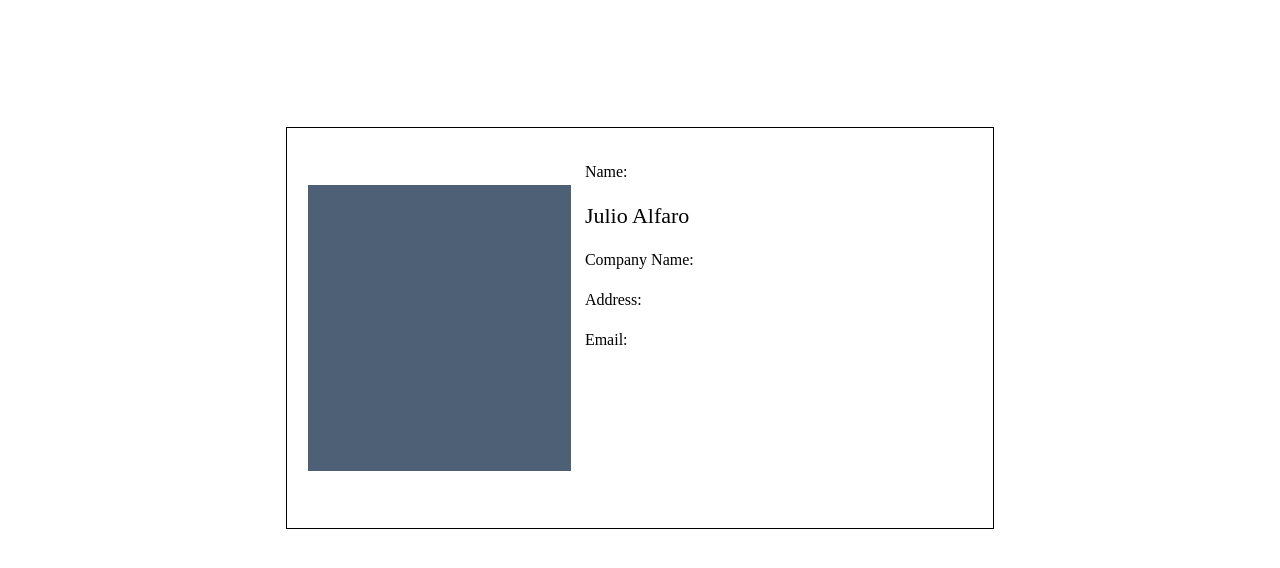
Repository: Juliolikescoding/WEB1100_invoice_app
Page: index.html
An editor plug-in stored every save of this project. The page is shown before and after the next save, followed by the edit.
The browser window is 1280 px wide. The pictures show the whole page.
Some web fonts or font styles are not loaded; a fallback is used.

Above is the page before, as saved 2018-05-16 22:20:07.

### index.html
<!DOCTYPE html>
<html lang="es">
<head>
    <meta charset="UTF-8">
    <meta name="viewport" content="width=device-width, initial-scale=1.0">
    <meta http-equiv="X-UA-Compatible" content="ie=edge">
    <link href="https://fonts.googleapis.com/css?family=Nobile" rel="stylesheet">
    <title>Invoice App</title>
    <style>
        body{
            margin: 10% 4% 4% 4%;
        }
        .userContainer{
            display: flex;
            height: 25em;
            align-items: center;
            justify-content: center;
        }
        .invoiceContainer{
            margin-top: 4em;
            display: flex;
            flex-wrap: wrap;
            width:100%;
            height: auto;
        }
        .userProfile{
            border: 1px solid black;
            display: flex;
            width: 60%;
            height: 100%;
        }
        .user{
            height: auto;
        }
        #picContainer{
            width: 40%;
            margin: 8% 0% 8% 3%;
            background-color: #4D6076;
        }
        #infoContainer{
            margin: 5% 2% 2% 2%;
            width: 60%;
            font-family: Nobile;
	        font-size: 16px;
        }
        p{
            font-size: 22px;
        }
        img{
            position: relative;
            width: 100%;
            height: 100%;
        }
        .invoice{
            border: 1px solid black;
            margin: 6% 3% 0% 3%;
            padding: 2%;
            width: 250px;
            height: auto;

        }
        .invoice > p{
            position: relative;
            margin: 5px;
            left: 25%;
            font-size: 18px;
        }
    </style>
</head>
<body>
     <div class="userContainer">
         <div class="userProfile">
             <div class="user" id="picContainer"></div>
             <div class="user" id="infoContainer">
                 Name:
                 <p class="name"></p>
                 Company Name:
                 <p class="companyName"></p>
                 Address:
                 <p class="adress"></p>
                 Email:
                 <p class="email"></p>
             </div>
         </div>
     </div>
    <script>
        //Fake it til you make it Database
        var user = {
            name:"Julio Alfaro" ,
            companyName:"TechLaunch" ,
            address: "19351 sw 30th st, Miramar, FL 33029",
            email:"jalfaro@techlaunch.io" ,
            picture: ""
        }

        // var invoices = [
        //     {
        //         inv_id: "0156321",
        //         companyName: user.companyName,
        //         date: "9/7/2017",
        //         order: "Dell Computers",
        //         amount: 3,
        //         cost: 3457.67,
        //         paid: 3457.67
        //     },
        //     {
        //         inv_id: "0145632",
        //         companyName: user.companyName,
        //         date: "1/5/2017",
        //         order: "HP Printers",
        //         amount: 2,
        //         cost: 248.00,
        //         paid: 150.00
        //     },
        //     {
        //         inv_id: "0132110",
        //         companyName: user.companyName,
        //         date: "6/14/2016",
        //         order: "Marketing Coffee Mugs",
        //         amount: 160,
        //         cost: 414.00,
        //         paid: 414.00
        //     }

        // ]


        // //element selectors
        document.querySelector(".name").textContent = user.name
        // //adding invoices
        // for(var i=0; i<invoices.length; i++){
        //     document.querySelector('.invoiceContainer').innerHTML += `
        //     <div class="invoice" id=${invoices[i].inv_id}>
        //         Invoice #:   <br/>
        //         <p>${} </p>
        //         Company Name:   <br />
        //         <p>${} </p>
        //         Date:  <br />
        //         <p> ${} </p>
        //         Order:  <br />
        //         <p>${} </p>
        //         Amount:   <br />
        //         <p>${} </p>
        //         Cost:       <br />
        //         <p>$${} </p>
        //         Paid:       <br />
        //         <p> $${} </p>
        //         Owed:        <br />
        //         <p>$${} </p>
        //     </div>
        //     `
        // }


    </script>
</body>
</html>

After the next save:
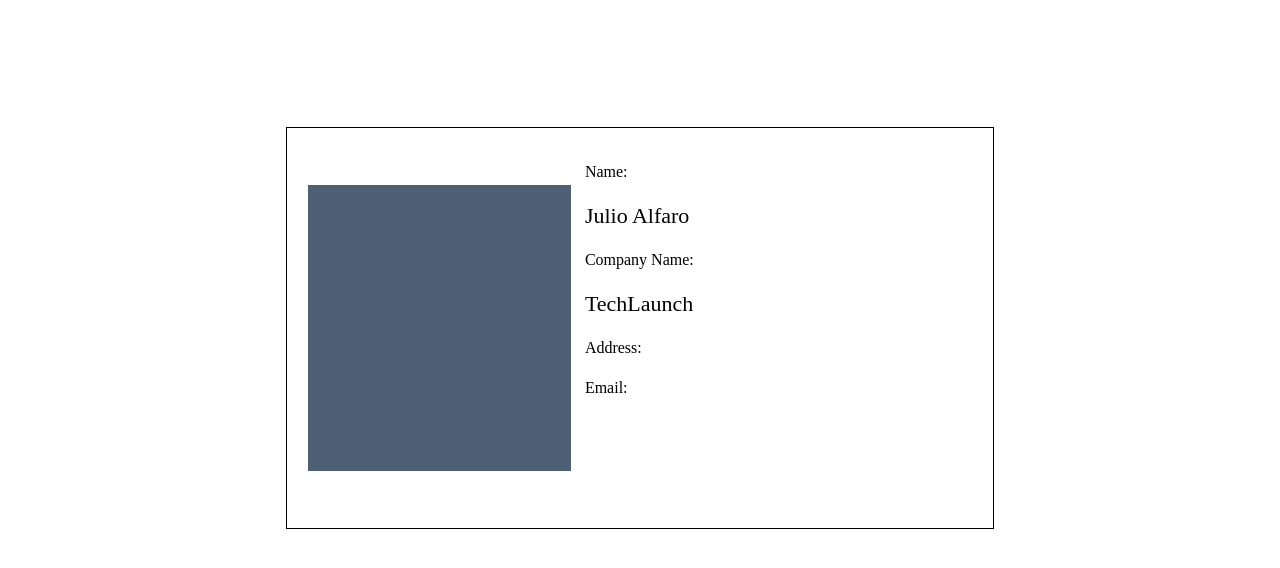
Console error: TypeError: Cannot set properties of null (setting 'textContent')
Saved 3 min 39 s later.
--- a/index.html
+++ b/index.html
@@ -127,6 +127,9 @@
 
         // //element selectors
         document.querySelector(".name").textContent = user.name
+        document.querySelector(".companyName").textContent = user.companyName
+        document.querySelector(".address").textContent = user.address
+        document.querySelector(".email").textContent = user.email
         // //adding invoices
         // for(var i=0; i<invoices.length; i++){
         //     document.querySelector('.invoiceContainer').innerHTML += `

After the save that followed:
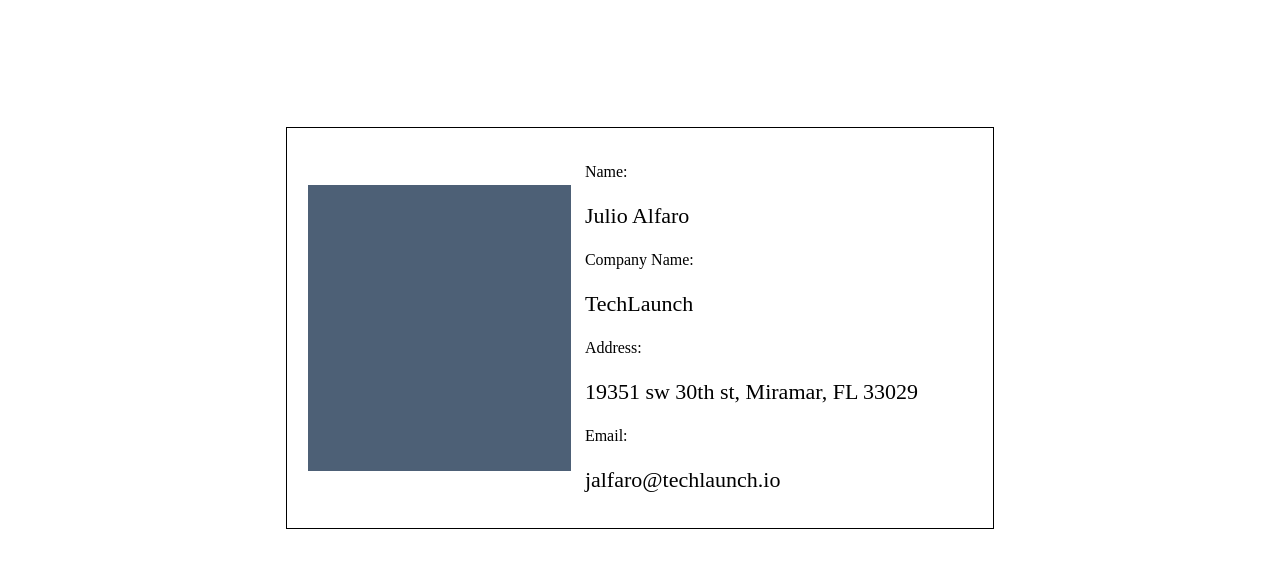
The error is gone.
Saved 25 s later.
--- a/index.html
+++ b/index.html
@@ -77,7 +77,7 @@
                  Company Name:
                  <p class="companyName"></p>
                  Address:
-                 <p class="adress"></p>
+                 <p class="address"></p>
                  Email:
                  <p class="email"></p>
              </div>
